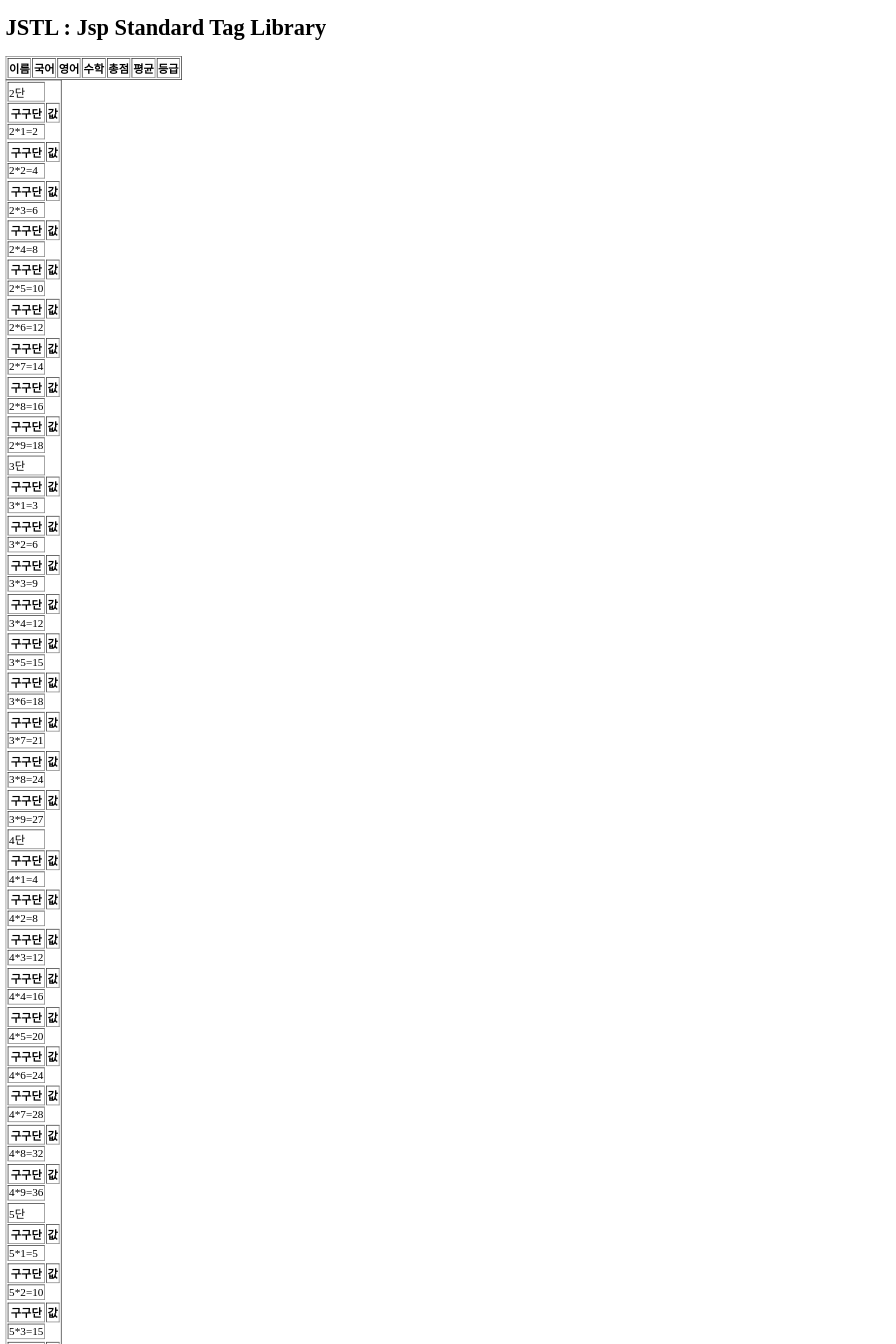
Repository: charamee/Web_kh
Page: http://localhost/Jsp07_EL_JSTL/jstltest.jsp
These files come from the project's save history. The page is drawn as it stood at one moment and after the next save; the edit follows.
The browser window is 1280 px wide. The pictures show the part of the page from y = 0 to 1920 px (the page is 4398 px tall before and 2268 px after), at 70% of full size.
The page is served by Tomcat 9. The template is opened directly, without the code that normally fills it, so the values that code supplies are empty.

Above is the page before, as saved 2021-02-24 15:36:27.

After the next save:
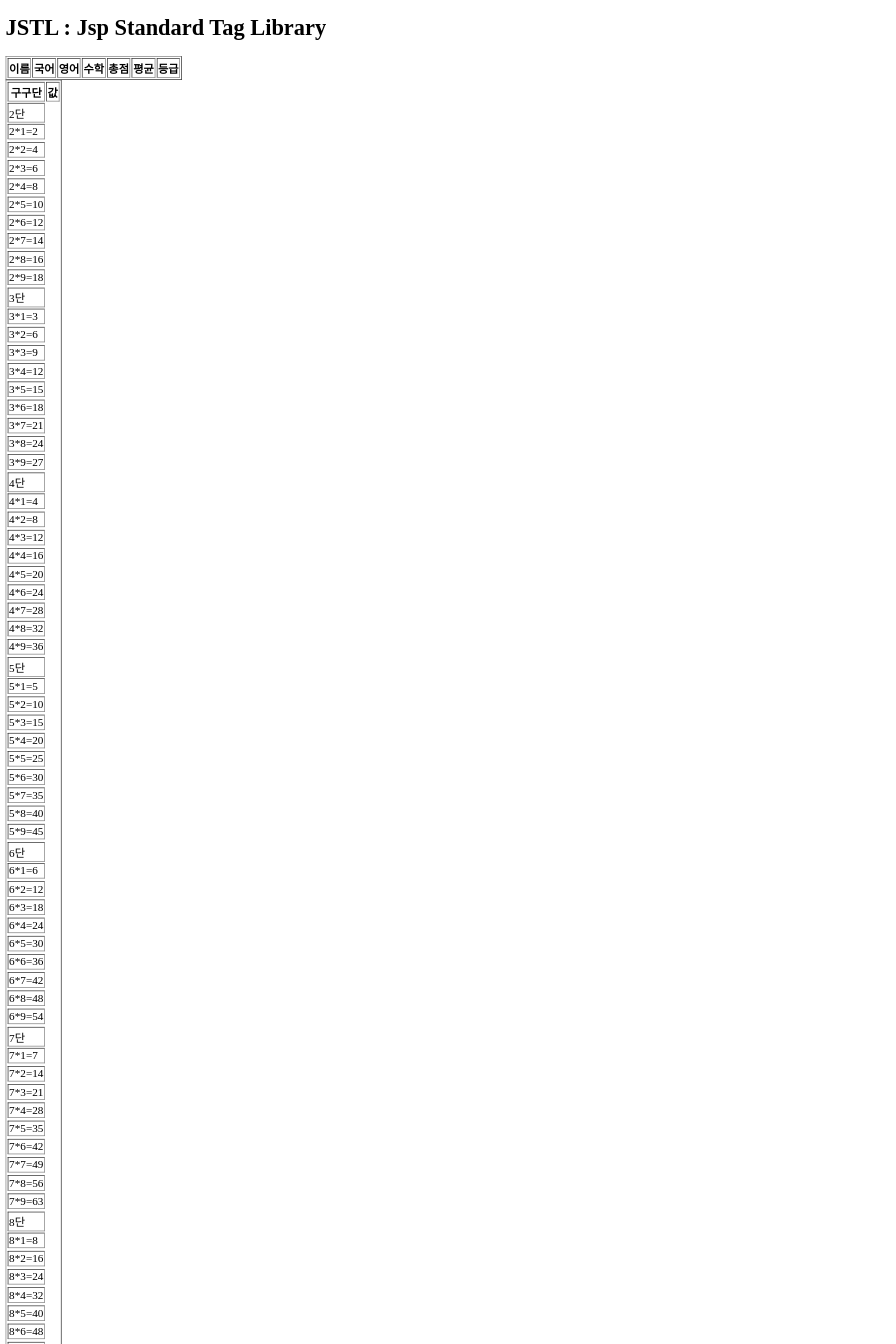
Saved 31 s later.
--- a/Workspace_WEB/Jsp07_EL_JSTL/WebContent/jstltest.jsp
+++ b/Workspace_WEB/Jsp07_EL_JSTL/WebContent/jstltest.jsp
@@ -89,15 +89,16 @@
 
 	</table>
 	<table border="1">
+	    <tr>
+		 	<th>구구단</th>
+		 	<th colspan="8">값</th>
+		 </tr>
 
 	<c:forEach var="i" begin="2" end="9" step="1">
 		<tr><td>${i}단</td></tr>
 
 		<c:forEach var="j" begin="1" end ="9" step="1">
-		 <tr>
-		 	<th>구구단</th>
-		 	<th colspan="8">값</th>
-		 </tr>
+
 		 <tr>
 
 		 	<td>${i}*${j}=${i*j }</td>
